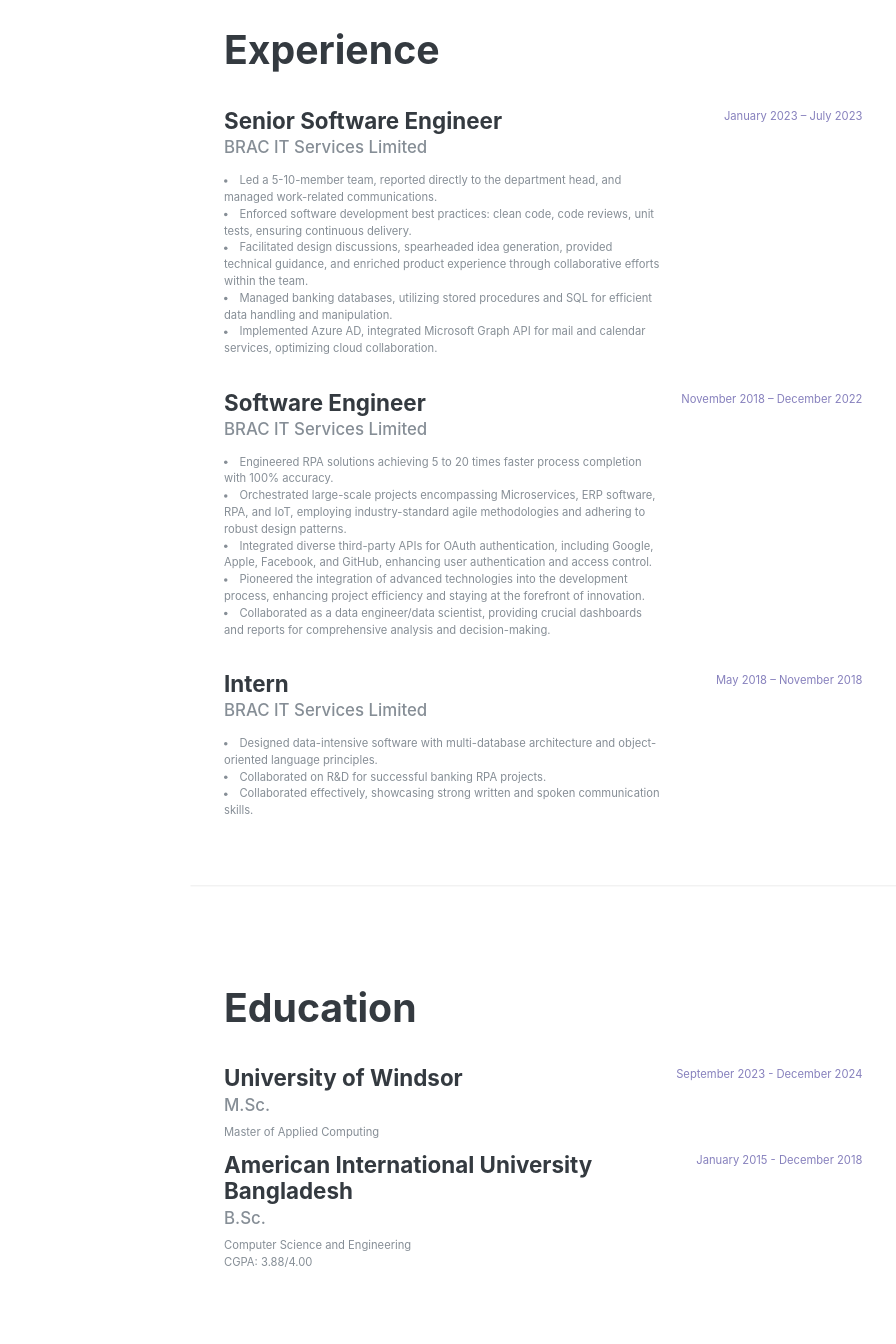
Repository: xahin96/xahin96.github.io
Page: index.html
These files come from the project's save history. The page is drawn as it stood at one moment and after the next save; the edit follows.
The browser window is 1280 px wide. The pictures show the part of the page from y = 730 to 2650 px (the page is 5323 px tall), at 70% of full size.
Some web fonts or font styles are not loaded; a fallback is used.

Above is the page before, as saved 2024-04-27 12:21:41.

After the next save:
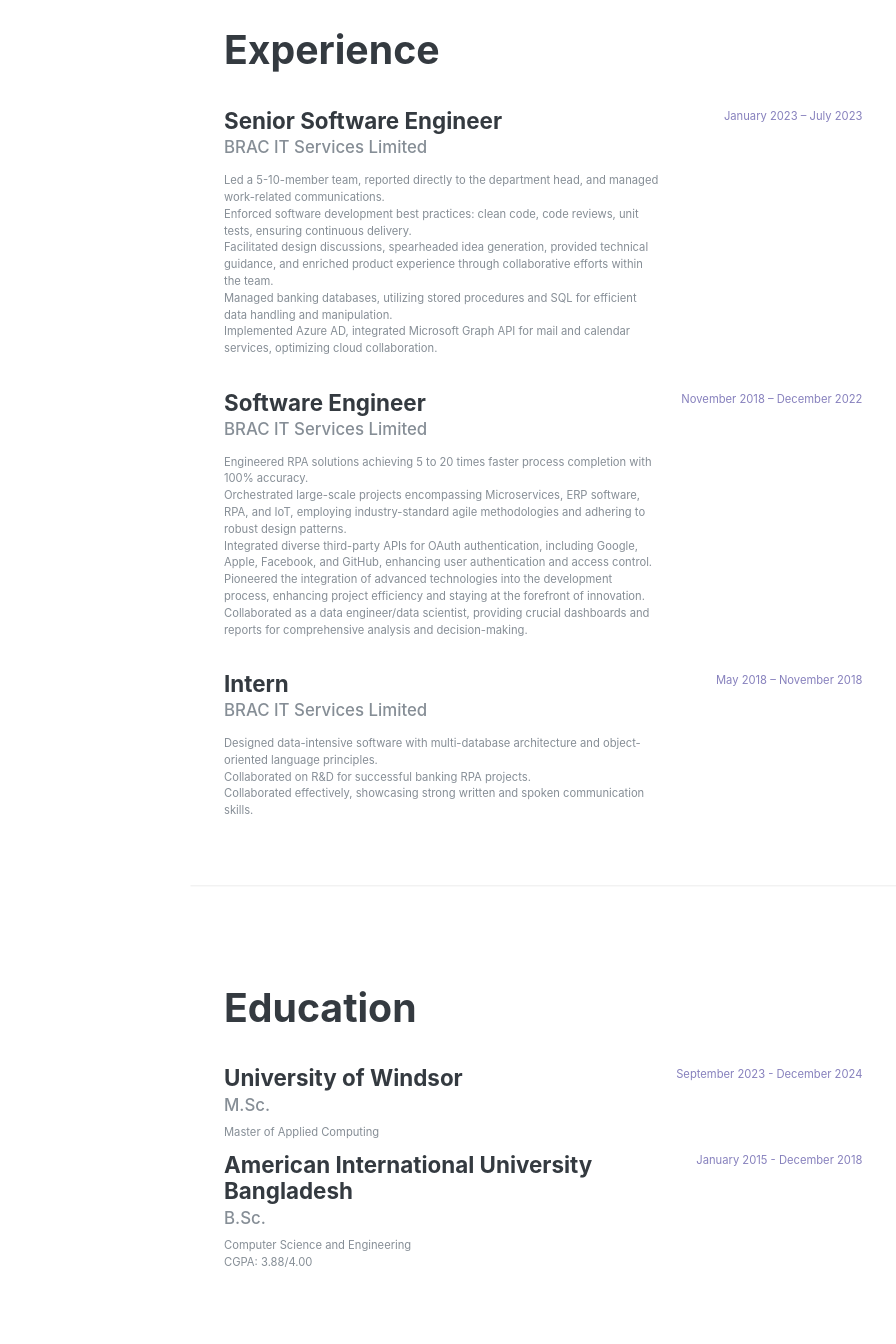
Saved 95 s later.
--- a/css/resume.css
+++ b/css/resume.css
@@ -46,11 +46,16 @@ p.lead {
   font-weight: 400;
 }
 
+li{
+  list-style: none;
+}
+
 .subheading {
   font-weight: 500;
   font-family: 'Saira Extra Condensed', -apple-system, BlinkMacSystemFont, 'Segoe UI', Roboto, 'Helvetica Neue', Arial, sans-serif, 'Apple Color Emoji', 'Segoe UI Emoji', 'Segoe UI Symbol', 'Noto Color Emoji';
   font-size: 1.5rem;
 }
+
 
 .social-icons a {
   display: inline-block;
